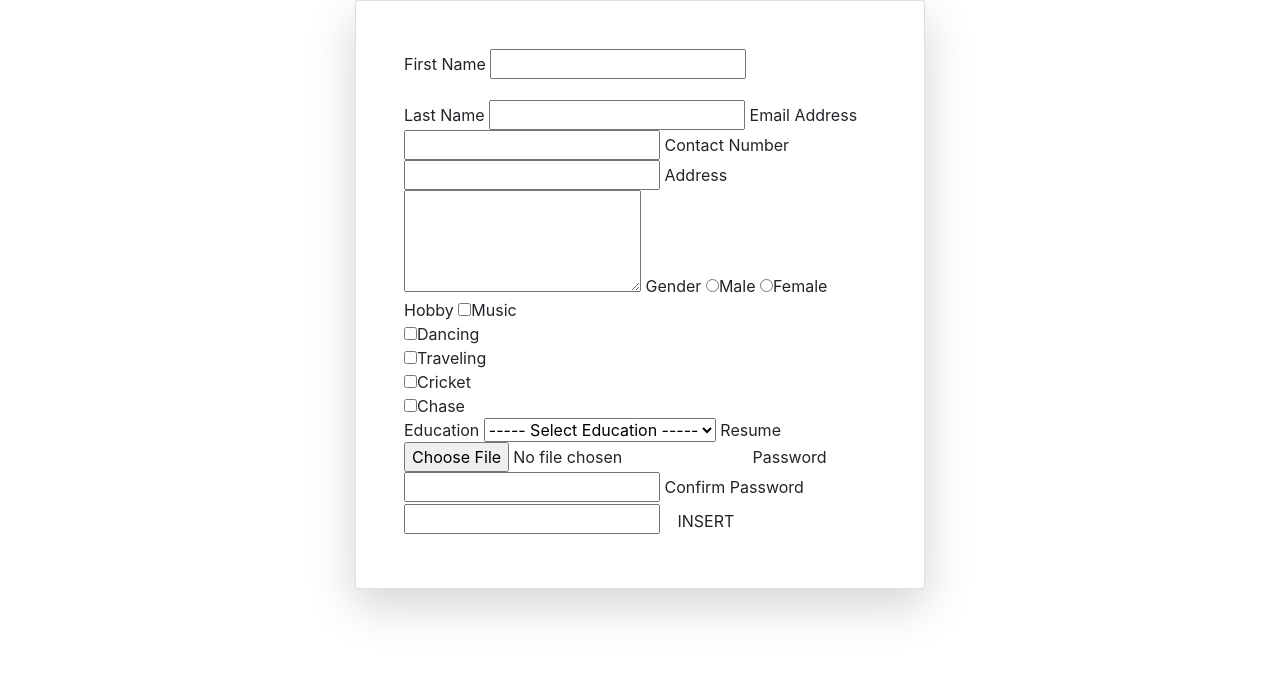
Repository: dhiren1618/OCT-JAVA-2023
Page: http://localhost/AdvancedJava/bootstrap.jsp
These files come from the project's save history. The page is drawn as it stood at one moment and after the next save; the edit follows.
The browser window is 1280 px wide. The pictures show the whole page.
The page is served by Tomcat 9.

Above is the page before, as saved 2024-06-15 10:53:55.

After the next save:
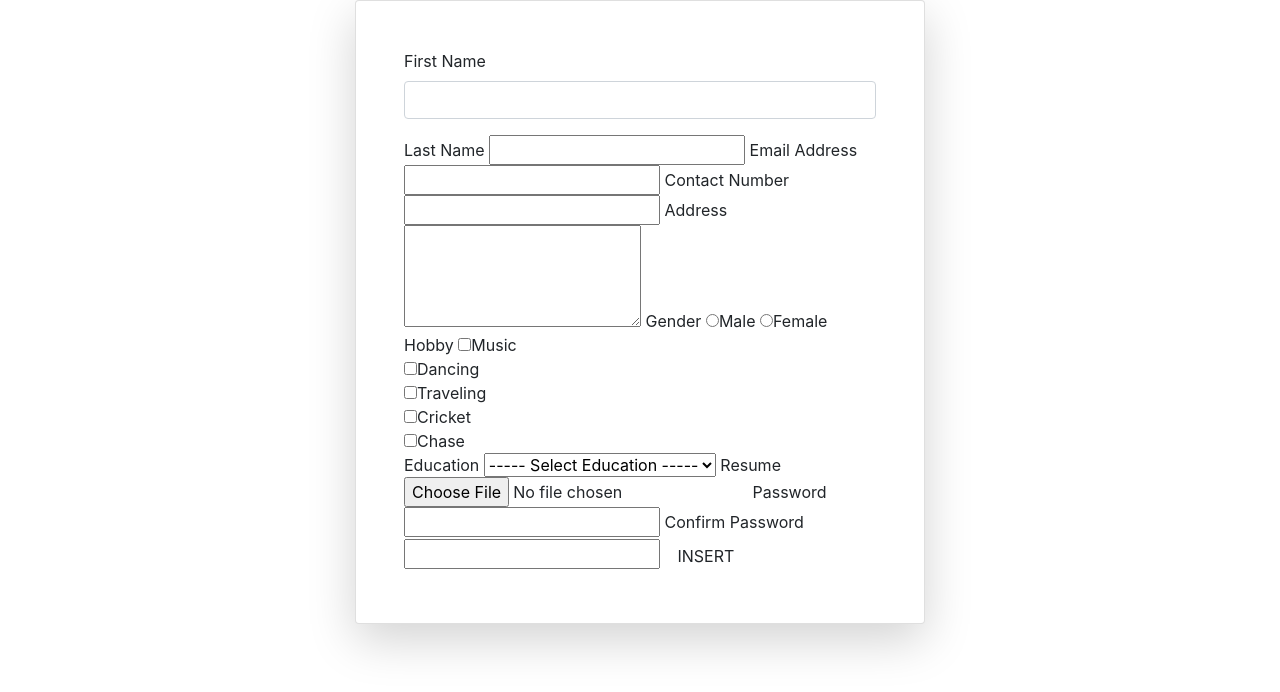
Saved 18 s later.
--- a/AdvancedJava/src/main/webapp/bootstrap.jsp
+++ b/AdvancedJava/src/main/webapp/bootstrap.jsp
@@ -23,7 +23,7 @@
 
 				<div class="form-group">
 				<label>First Name</label>
-				<input id="fname" type="text" name="fname" onblur="validateFirstName();">
+				<input id="fname" type="text" name="fname" onblur="validateFirstName();" class="form-control">
 				<span id="error_fname" style="color: red;"></span>
 				</div>
 
